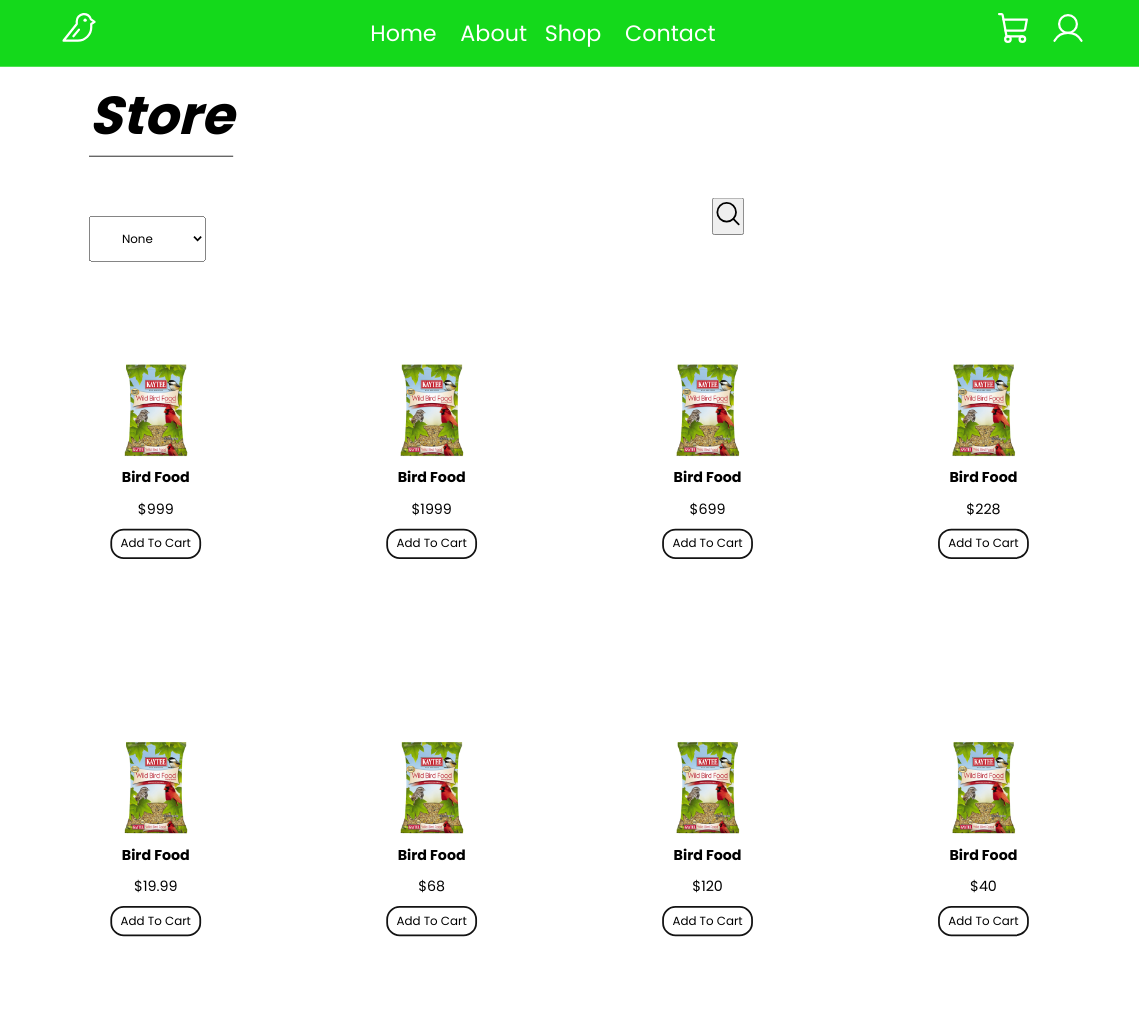
Repository: Vuhainam64/SWP391
Page: / (app in React/swp391-app/)
The author's editor kept a copy of each file at every save. The page is drawn from the files as they stood at one save, then again after the next save.
The browser window is 1280 px wide. The pictures show the whole page, at 89% of full size.
The project was rebuilt for these pictures with package versions that can differ from the ones it lists, and the page was loaded fresh each time. Also part of the build but not shown: React/swp391-app/src/pages/register/register.jsx, React/swp391-app/src/pages/home/home.jsx, React/swp391-app/src/pages/about/about.jsx, React/swp391-app/src/pages/contact/contact.jsx, React/swp391-app/src/pages/cart/cart-item.jsx, React/swp391-app/src/pages/cart/cart.css, React/swp391-app/src/pages/cart/cart.jsx.

Above is the page before, as saved 2023-06-01 13:47:51.

### React/swp391-app/src/App.js
import './App.css';
import { BrowserRouter as Router, Routes, Route } from "react-router-dom";
import { Navbar } from "./components/navbar";
import { Register } from "./pages/register/register";
import { Home } from "./pages/home/home";
import { About } from "./pages/about/about";
import { Shop } from "./pages/shop/shop";
import { Contact } from "./pages/contact/contact";
import { Cart } from "./pages/cart/cart";
import { ShopContextProvider } from './context/shop-context';


function App() {
  return (
    <div className = "App">
      <ShopContextProvider>
        <Router>
          <Navbar />
          <Routes>
            <Route path = "/register" element = {<Register />} />
            <Route path = "/home" element={<Home/>} />
            <Route path = "/about" element={<About/>} />
            <Route path = "/" element = {<Shop />} />
            <Route path = "/contact" element = {<Contact />} />
            <Route path = "/cart" element = {<Cart />} />
          </Routes>
        </Router>
      </ShopContextProvider>
    </div>
  );
}

export default App;

### React/swp391-app/src/App.css
.App {
  width: 100%;
  height: auto;
  min-height: 100vh;
  font-family: 'Segoe UI', Tahoma, Geneva, Verdana, sans-serif;
}

body {
  padding: 0;
  margin: 0;
}

### React/swp391-app/src/components/navbar.jsx
import React from "react";
import { Link } from "react-router-dom";
import { ShoppingCart, Bird, User } from "phosphor-react";
import "./navbar.css";

export const Navbar = () => {
  return (
    <div className="navbar">
      <div className="links">
        <div className="icon">
          <Link to="/home">
            <Bird size={40} />
          </Link>
        </div>
        <div className="middle">
          <Link to="/home"> Home </Link>
          <Link to="/about">About</Link>
          <Link to="/">Shop</Link>
          <Link to="/contact"> Contact</Link>
        </div>
        <div className="end">
          <Link to="/cart">
            <ShoppingCart size={40} />
          </Link>
            <Link to="/register">
                <User size={40}/>
            </Link>
        </div>
      </div>
    </div>
  );
};

### React/swp391-app/src/pages/shop/shop.jsx
import React from "react";
import { PRODUCTS } from "../../products";
import { Product } from "./product";
import { MagnifyingGlass } from "phosphor-react";
import "./shop.css";

export const Shop = () => {
  return (
    <div className="shop">
      <div className="shopTitle">
        <h3>Store</h3>
      </div>

      <div class="form-shop">
        <label>
          <select>
            <option selected> None </option>
            <option>Seed</option>
            <option>Suet</option>
            <option>Nectar</option>
            <option>Fruit</option>
            <option>Insect</option>
          </select>
        </label>
        <div className="search-bar">
        <input type="text" placeholder="Search.."/>
        <div className="icon-search">
        <button>
            <MagnifyingGlass size={32} />
        </button>
        </div>
        </div>
      </div>

      <div className="products">
        {PRODUCTS.map((product) => (
          <Product data={product} />
        ))}
      </div>
    </div>
  );
};

### React/swp391-app/src/context/shop-context.jsx
import { createContext, useEffect, useState } from "react";
import { PRODUCTS } from "../products";

export const ShopContext = createContext(null);

const getDefaultCart = () => {
    let cart = {};
    for (let i = 1; i < PRODUCTS.length + 1; i++) {
        cart[i] = 0;
    }
    return cart;
}

export const ShopContextProvider = (props) => {
    const [cartItems, setCartItems] = useState(getDefaultCart());

    const getTotalCartAmount = () => {
        let totalAmount = 0;
        for (const item in cartItems) {
            if (cartItems[item] > 0) {
                let itemInfo = PRODUCTS.find((product) => product.id === Number(item));
                totalAmount += cartItems[item] *itemInfo.price;
            }
        }
        return totalAmount;
    };

    const addToCart = (itemId) => {
        setCartItems((prev) => ({ ...prev, [itemId]: prev[itemId] + 1}));
    };

    const removeFromCart = (itemId) => {
        setCartItems((prev) => ({ ...prev, [itemId]: prev[itemId] - 1}));
    };

    const updateCartItemCount = (newAmount, itemId) => {
        setCartItems((prev) => ({ ...prev, [itemId]: newAmount }));
    };

    const checkout = () => {
        setCartItems(getDefaultCart());
    };

    const contextValue = {
        cartItems,
        addToCart,
        updateCartItemCount,
        removeFromCart,
        getTotalCartAmount,
        checkout,
    };

    return (
        <ShopContext.Provider value={contextValue}>
            {props.children}
        </ShopContext.Provider>
    );
};

### React/swp391-app/src/components/navbar.css
.navbar {
    width: 100%;
    height: 75px;
    background-color: rgb(20, 217, 27);
    display: flex;
    justify-content: center;
    align-items: center;
}

.links {
    margin-right: 50px;
    display: flex;
    align-items: center;
    justify-content: space-between;
    width: 100%;
}

.icon {
    margin-left: 50px;
}

.end {
    padding: 0 10px;
}

.links a {
    text-decoration: none;
    color: white;
    margin-left: 20px;
    font-size: 25px;
}

### React/swp391-app/src/pages/register/register.css
/* Import Google font - Poppins */
@import url('https://fonts.googleapis.com/css2?family=Poppins:wght@200;300;400;500;600;700&display=swap');

*{
  margin: 0;
  padding: 0;
  box-sizing: border-box;
  font-family: 'Poppins', sans-serif;
}

.images{
  position: absolute;
  width: 100%;
  height: 100%;
  background-image: linear-gradient(rgba(0,0,0,0.4),rgba(0,0,0,0.4)),url(../../assets/products/7200317.jpg);
  background-position: center;
  background-size: cover;
}

.container{
  position: relative;
  top: 50%;
  left: 50%;
  transform: translate(-50%,-50%);
  max-width: 480px;
  width: 100%;
  background: #fff;
  border-radius: 7px;
  box-shadow: 0 5px 10px rgba(0,0,0,0.3);
}

.container .registration{
  display: none;
}

#check:checked ~ .registration{
  display: block;
}

#check:checked ~ .login{
  display: none;
}

#check{
  display: none;
}

.container .form{
  padding: 2rem;
}

.form header{
  font-size: 2rem;
  font-weight: 500;
  text-align: center;
  margin-bottom: 1.5rem;
}

 .form input{
   height: 60px;
   width: 92%;
   padding: 0 14px;
   font-size: 17px;
   margin-top: 15px;
   margin-bottom: 1.3rem;
   border: 1px solid #ddd;
   border-radius: 6px;
   outline: none;
 }

 .form input:focus{
   box-shadow: 0 1px 0 rgba(0,0,0,0.2);
 }

.form a{
  font-size: 16px;
  color: #009579;
  text-decoration: none;
}

.form a:hover{
  text-decoration: underline;
}

.form input.button{
  color: #fff;
  background: #009579;
  font-size: 1.2rem;
  font-weight: 500;
  letter-spacing: 1px;
  margin-top: 1.7rem;
  cursor: pointer;
  transition: 0.4s;
  width: 100%;
}

.form input.button:hover{
  background: #006653;
}

.signup{
  font-size: 17px;
  text-align: center;
}

.signup label{
  color: #009579;
  cursor: pointer;
}

.signup label:hover{
  text-decoration: underline;
}

.icon-login {
  margin-right: 5px;
}

### React/swp391-app/src/products.js
import product1 from "./assets/products/1.png";
import product2 from "./assets/products/1.png";
import product3 from "./assets/products/1.png";
import product4 from "./assets/products/1.png";
import product5 from "./assets/products/1.png";
import product6 from "./assets/products/1.png";
import product7 from "./assets/products/1.png";
import product8 from "./assets/products/1.png";

export const PRODUCTS = [
  {
    id: 1,
    productName: "Bird Food",
    price: 999.0,
    productImage: product1,
  },
  {
    id: 2,
    productName: "Bird Food",
    price: 1999.0,
    productImage: product2,
  },
  {
    id: 3,
    productName: "Bird Food",
    price: 699.0,
    productImage: product3,
  },
  {
    id: 4,
    productName: "Bird Food",
    price: 228.0,
    productImage: product4,
  },
  {
    id: 5,
    productName: "Bird Food",
    price: 19.99,
    productImage: product5,
  },
  {
    id: 6,
    productName: "Bird Food",
    price: 68.0,
    productImage: product6,
  },
  {
    id: 7,
    productName: "Bird Food",
    price: 120.0,
    productImage: product7,
  },
  {
    id: 8,
    productName: "Bird Food",
    price: 40.0,
    productImage: product8,
  },
];

### React/swp391-app/src/pages/shop/product.jsx
import React, {useContext} from "react";
import { ShopContext } from "../../context/shop-context";

export const Product = (props) => {
    const { id, productName, price, productImage } = props.data;
    const { addToCart, cartItems } = useContext(ShopContext);

    const cartItemCount = cartItems[id];

    return (
        <div className = "product">
            <img src = {productImage} alt=""/>
            <div className = "description">
                <p>
                    <b>{productName}</b>
                </p>
                <p> ${price}</p>
            </div>
            <button className="addToCartBttn" onClick = {() => addToCart(id)}>
                Add To Cart {cartItemCount > 0 && <> ({cartItemCount}) </>}
            </button>
        </div>
    );
};

### React/swp391-app/src/pages/shop/shop.css
.shop {
    padding: 0 20px;
}

.shopTitle {
    margin-top: 10px;
    text-align: center;
    font-size: 40px;
}

.products {
    width: 100%;
    height: auto;
    display: grid;
    grid-template-columns: 1fr 1fr 1fr 1fr;
    place-items: center;

}

.product {
    border-radius: 15px;
    margin: 100px;
    display: flex;
    flex-direction: column;
    justify-content: center;
    align-items: center;
}

.product img {
    width: 100%;
    height: 100%;
}

.product .description {
    text-align: center;
}

.product:hover {
    transition: 0.3s ease-in;
    cursor: pointer;
}

.addToCartBttn {
    background-color: transparent;
    border: 2px solid rgb(19, 19, 19);
    min-width: 100px;
    padding: 5px 10px 5px 10px;
    border-radius: 15px;
}

.addToCartBttn:hover {
    background-color: rgb(19, 19, 19);
    color: white;
    cursor: pointer;
}

.description p,b{
    margin: 10px 0;
}
.shopTitle {
    justify-content: left;
    display: inline-block;
}
.shopTitle h3{
    float: left;
    margin-left: 80px;
    font-size: 60px;
    font-style: italic;
    border-bottom: 1px solid rgb(19, 19, 19);
}

.form-shop {
    display:flex;
    margin-left: 80px;
    margin-bottom: 10px;
    margin-top: 50px;

}

.form-shop select {
    padding: 14px 32px;
}

.form-shop input {
    padding: 14px;
    margin: 10px 10px 10px 0;
    width: 100%;
}

/* .search-bar {
    width: 30%;
}
.search-bar input{
    position: absolute;
}
.icon-search {
    position: relative;
    float: right;
} */
.search-bar{
    position: relative;
    top: 50%;
    left: 50%;
    transform: translate(-50%,-50%);
    transition: all 1s;
    width: 50px;
    height: 50px;
    background: white;
    box-sizing: border-box;
    border-radius: 25px;
    border: 4px solid white;
    padding: 5px;
}
.search-bar input{
    position: absolute;
    top: 0;
    left: 0;
    width: 100%;;
    height: 42.5px;
    line-height: 30px;
    outline: 0;
    border: 0;
    display: none;
    font-size: 1em;
    border-radius: 20px;
    padding: 0 20px;
}
.icon-search{
    box-sizing: border-box;
    padding: 10px;
    width: 42.5px;
    height: 42.5px;
    position: absolute;
    top: 0;
    right: 0;
    border-radius: 50%;
    color: #07051a;
    text-align: center;
    font-size: 1.2em;
    transition: all 1s;
}
.search-bar:hover{
    width: 200px;
    cursor: pointer;
}
.search-bar:hover input{
    display: block;
}
.search-bar:hover .icon-search{
    background: #07051a;
    color: white;
}

### React/swp391-app/src/pages/contact/contact.css
.contact{
    max-width: 400px;
    margin: 0 auto;
    padding: 20px;
}
.title-contact{
    text-align: center;
}
label{
    display: block;
    margin-top: 10px;
}
.form-contact{

    text-align: center;
}

/* input[type="text"],
.type-email,
input[type="message"],
textarea {
  width: 100%;
  padding: 8px;
  border: 1px solid #ccc;
  border-radius: 4px;
  box-sizing: border-box;
  margin-top: 5px;
  margin-bottom: 10px;
} */

input[type="submit"] {
    background-color: #4CAF50;
    color: white;
    padding: 10px 15px;
    border: none;
    border-radius: 4px;
    cursor: pointer;
    font-size: 16px;
  }

  input[type="submit"]:hover {
    background-color: #45a049;
  }

  textarea {
    height: 100px;
  }

Loaded but not shown: React/swp391-app/public/index.html (common file); React/swp391-app/src/index.js (common file); React/swp391-app/src/index.css (common file); React/swp391-app/src/reportWebVitals.js (common file)

After the next save:
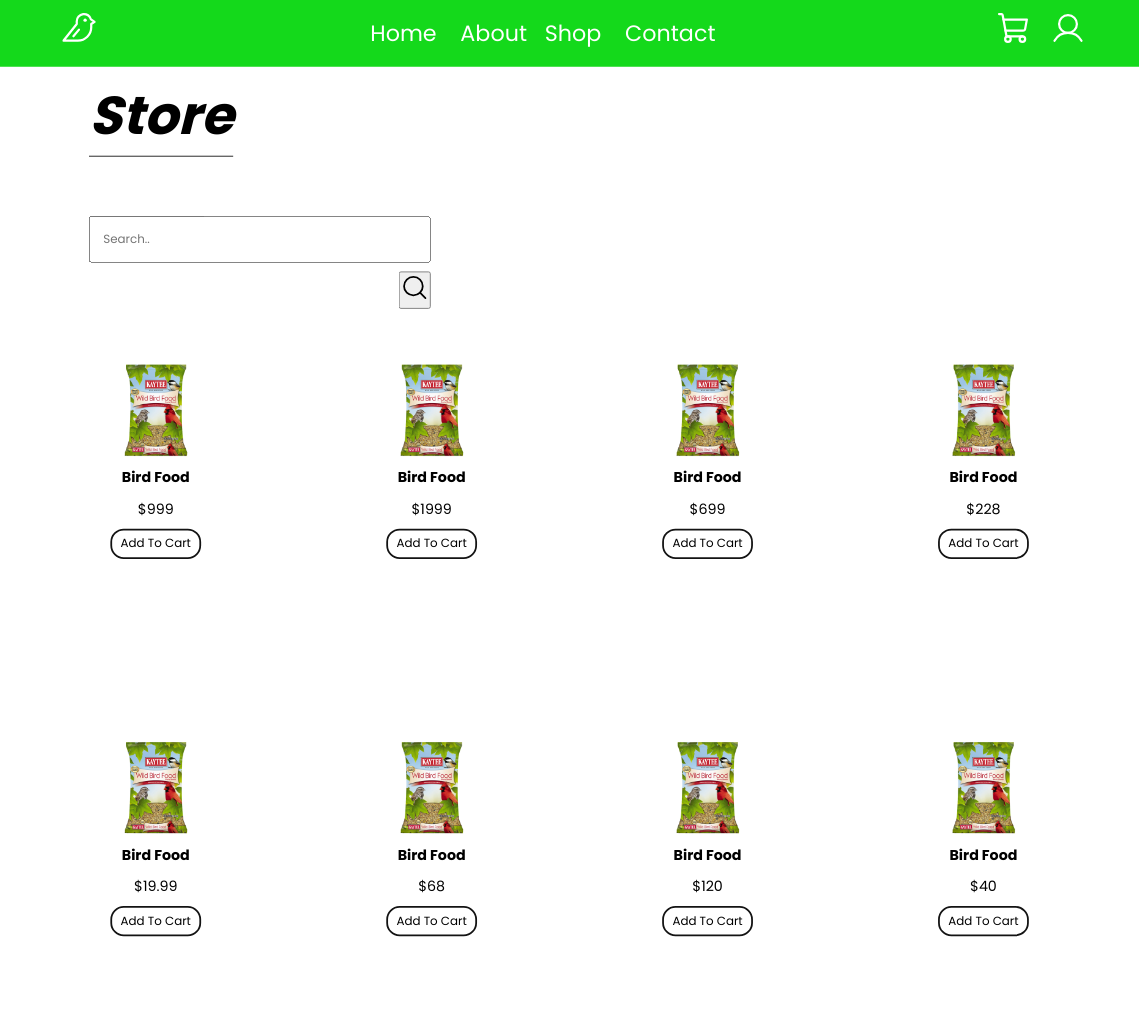
Saved 52 s later.
--- a/React/swp391-app/src/pages/shop/shop.css
+++ b/React/swp391-app/src/pages/shop/shop.css
@@ -87,66 +87,13 @@
     width: 100%;
 }
 
-/* .search-bar {
+.search-bar {
+    position: absolute;
     width: 30%;
 }
-.search-bar input{
-    position: absolute;
-}
+/* .search-bar input{
+} */
 .icon-search {
     position: relative;
     float: right;
-} */
-.search-bar{
-    position: relative;
-    top: 50%;
-    left: 50%;
-    transform: translate(-50%,-50%);
-    transition: all 1s;
-    width: 50px;
-    height: 50px;
-    background: white;
-    box-sizing: border-box;
-    border-radius: 25px;
-    border: 4px solid white;
-    padding: 5px;
 }
-.search-bar input{
-    position: absolute;
-    top: 0;
-    left: 0;
-    width: 100%;;
-    height: 42.5px;
-    line-height: 30px;
-    outline: 0;
-    border: 0;
-    display: none;
-    font-size: 1em;
-    border-radius: 20px;
-    padding: 0 20px;
-}
-.icon-search{
-    box-sizing: border-box;
-    padding: 10px;
-    width: 42.5px;
-    height: 42.5px;
-    position: absolute;
-    top: 0;
-    right: 0;
-    border-radius: 50%;
-    color: #07051a;
-    text-align: center;
-    font-size: 1.2em;
-    transition: all 1s;
-}
-.search-bar:hover{
-    width: 200px;
-    cursor: pointer;
-}
-.search-bar:hover input{
-    display: block;
-}
-.search-bar:hover .icon-search{
-    background: #07051a;
-    color: white;
-}
